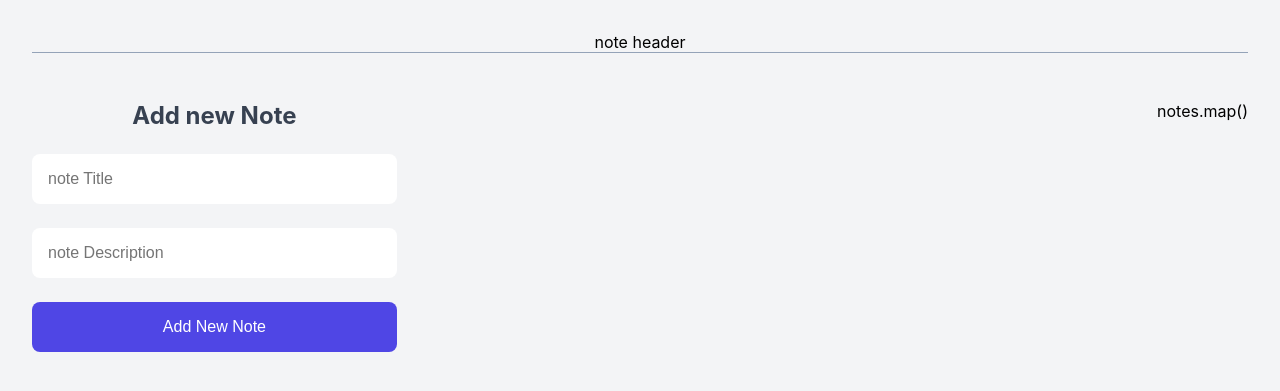
Repository: nikooshahbazi/shahbaziProjects
Page: / (app in dynamicData/)
These files come from the project's save history. The page is drawn as it stood at one moment and after a run of saves; the edit follows.
The browser window is 1280 px wide. The pictures show the whole page.
The project was rebuilt for these pictures with package versions that can differ from the ones it lists, and the page was loaded fresh each time. Also part of the build but not shown: dynamicData/vite.config.js.

Above is the page before, as saved 2024-02-17 18:27:11.

### dynamicData/src/App.jsx
import { useState } from "react";
import "./App.css";
import AddNewNote from "./components/AddNewNote";
import NoteList from "./components/NoteList";

function App() {
  const [notes, setNotes] = useState([]);

  const handleAddNote = (newNote) =>{
    setNotes((prevNotes) => [...prevNotes , newNote])
  }
  return (
    <div className="contianer">
      <div className="note-header">note header</div>
      <div className="note-app">
        <AddNewNote onAddNotes={handleAddNote}/>
        <NoteList notes={notes}/>
      </div>
    </div>
  );
}

export default App;

### dynamicData/src/index.css
:root {
  font-family: Inter, system-ui, Avenir, Helvetica, Arial, sans-serif;
  --bg-color: #f3f4f6;
  --text-700: #374151;
  --text-400: #94a3b8;
  --text-100: #f3f4f6;
  --text-300: #cbd5e1;
  --white: #fff;
  --primary-700: #4338ca;
  --primary-600: #4f46e5;
  --primary-100: #e0e7ff;
  --rose-500: #f43f5e;
}

* {
  padding: 0;
  margin: 0;
  box-sizing: border-box;
  list-style: none;
}

body {
  background-color: var(--bg-color);
  width: 100vw;
  min-height: 100vh;
}

input {
  display: block;
  outline: none;
  border: none;
}

button {
  outline: none;
  border: none;
  cursor: pointer;
}
p {
  text-align: left;
}

h1 {
  margin-bottom: 1.5rem;
  color: var(--text-700);
}

h2 {
  margin-bottom: 1.5rem;
  color: var(--text-700);
}

input[type="checkbox"] {
  transform: scale(1.5);
}

button {
  border: none;
  outline: none;
  cursor: pointer;
  background: none;
}

select {
  padding: 0.5rem 1rem;
  outline: none;
  border: 1px solid var(--text-400);
  border-radius: 0.75rem;
  font-weight: 700;
  color: var(--text-700);
}

.text-field {
  width: 100%;
  padding: 1rem;
  border-radius: 0.5rem;
  color: var(--text-700);
  font-size: 1rem;
}
.btn {
  border-radius: 0.5rem;
  padding: 1rem 1rem;
}

.btn--primary {
  background-color: var(--primary-600);
  color: white;
  font-size: 1rem;
}

### dynamicData/src/App.css
#root {
  max-width: 1280px;
  margin: 0 auto;
  padding: 2rem;
  text-align: center;
}

.note-header {
  display: flex;
  align-items: center;
  justify-content: space-evenly;
  margin-bottom: 3rem;
  border-bottom: 1px solid var(--text-400);
}

.note-app {
  display: flex;
  justify-content: space-between;
  gap: 2rem;
}

.note-form {
  gap: 1.5rem;
  display: grid;
}

.add-new-note {
  width: 30%;
}

.note-container {
  width: 60%;
}

.note-status {
  display: flex;
  justify-content: space-between;
  color: var(--text-400);
  margin-bottom: 2rem;
}

.note-status span {
  border-radius: 2rem;
  display: inline-block;
  background-color: var(--text-400);
  padding: 0.2rem 0.3rem;
  font-size: 0.75rem;
  color: var(--text-100);
}

.note-item {
  padding: 1rem;
  background-color: #fff;
  border-radius: 0.75rem;
  margin-bottom: 1.5rem;
}

.note-item__header {
  display: flex;
  align-items: center;
  justify-content: space-between;
  padding-bottom: 0.3rem;
  margin-bottom: 0.3rem;
  border-bottom: 1px solid var(--text-100);
}

.note-item.completed .title {
  text-decoration: line-through;
}

.note-item.completed {
  opacity: 80%;
}

.note-item__header .title {
  font-size: 1.1rem;
  color: var(--text-700);
  margin-bottom: 0.5rem;
  font-weight: 700;
}

.note-item__header .desc {
  color: var(--text-400);
  margin-bottom: 0.5rem;
  font-weight: 300;
}

.note-item__header .actions {
  display: flex;
  gap: 1.5rem;
  align-items: center;
}

.note-item__header .trash {
  width: 1.5rem;
  height: 1.5rem;
  color: var(--rose-500);
  background: none;
}

.note-item__footer {
  color: var(--text-300);
}

### dynamicData/src/components/AddNewNote.jsx
import { useState } from "react";

function AddNewNote({ onAddNotes }) {
  const [title, setTitle] = useState("");
  const [description, setDescription] = useState("");

  const handleSubmit = (e) => {
    e.preventDefault();
    if (!title || !description) return null;
    const newNote = {
      // ==> for give new Data
      title,
      description,
      id: Date.now(),
      completed: false,
      createdAt: new Date().toISOString(),
    };

    setTitle("");
    setDescription("");
    onAddNotes(newNote);
    console.log(newNote);
  };

  return (
    <div className="add-new-note">
      <h2>Add new Note</h2>
      <form className="note-form" onSubmit={handleSubmit}>
        <input
          value={title}
          onChange={(e) => setTitle(e.target.value)}
          type="text"
          className="text-field"
          placeholder="note Title"
        ></input>
        <input
          value={description}
          onChange={(e) => setDescription(e.target.value)}
          type="text"
          className="text-field"
          placeholder="note Description"
        ></input>
        <button className="btn btn--primary" type="submit">
          Add New Note
        </button>
      </form>
    </div>
  );
}

export default AddNewNote;

### dynamicData/src/components/NoteList.jsx
function NoteList({ notes }) {
  return (
    <div className="note-list">
     notes.map()
    </div>
  );
}

export default NoteList;

function NoteItem() {
  return <div className="note-item"></div>;
}

Loaded but not shown: dynamicData/index.html (common file); dynamicData/src/main.jsx (common file)

After the next 2 saves:
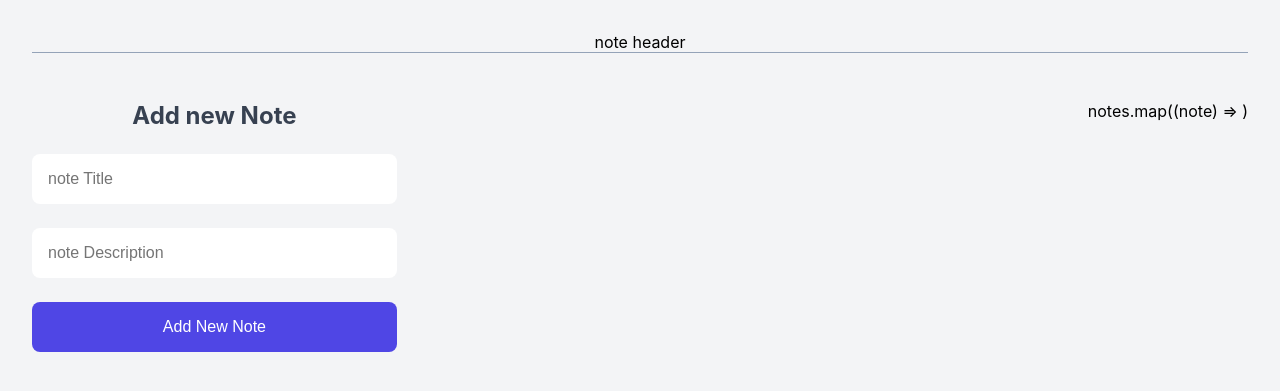
The 2 saves are shown as one change because they came seconds apart.
The last was saved 7 s later.
--- a/dynamicData/src/components/NoteList.jsx
+++ b/dynamicData/src/components/NoteList.jsx
@@ -1,7 +1,9 @@
 function NoteList({ notes }) {
   return (
     <div className="note-list">
-     notes.map()
+     notes.map((note) => {
+
+     })
     </div>
   );
 }
